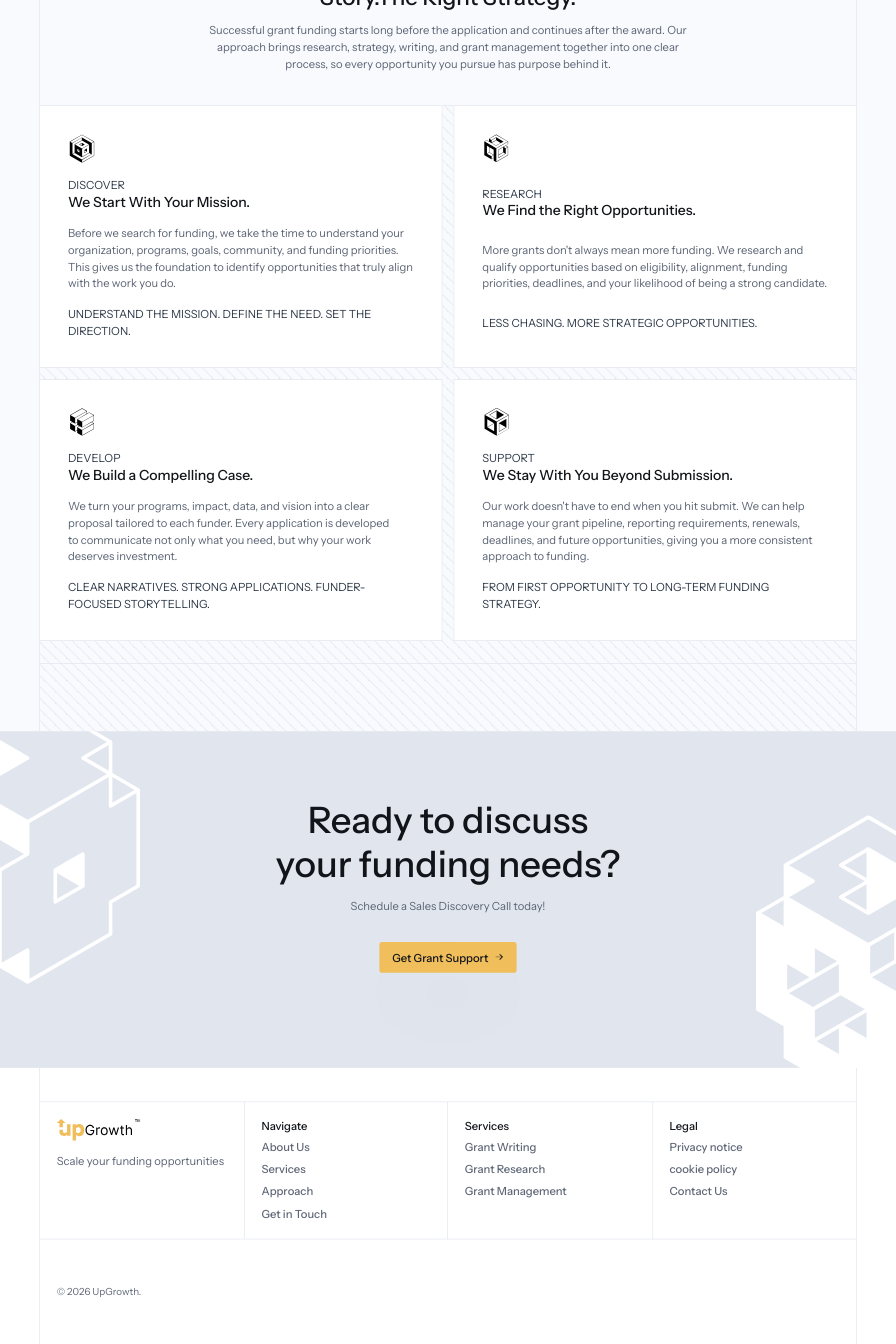
Repository: Ajeyinka/Upgrowth
Page: about.html
The author's editor kept a copy of each file at every save. The page is drawn from the files as they stood at one save, then again after the next save.
The browser window is 1280 px wide. The pictures show the part of the page from y = 3491 to 5411 px (the page is 5411 px tall), at 70% of full size.

Above is the page before, as saved 2026-09-24 19:14:01.

After the next save:
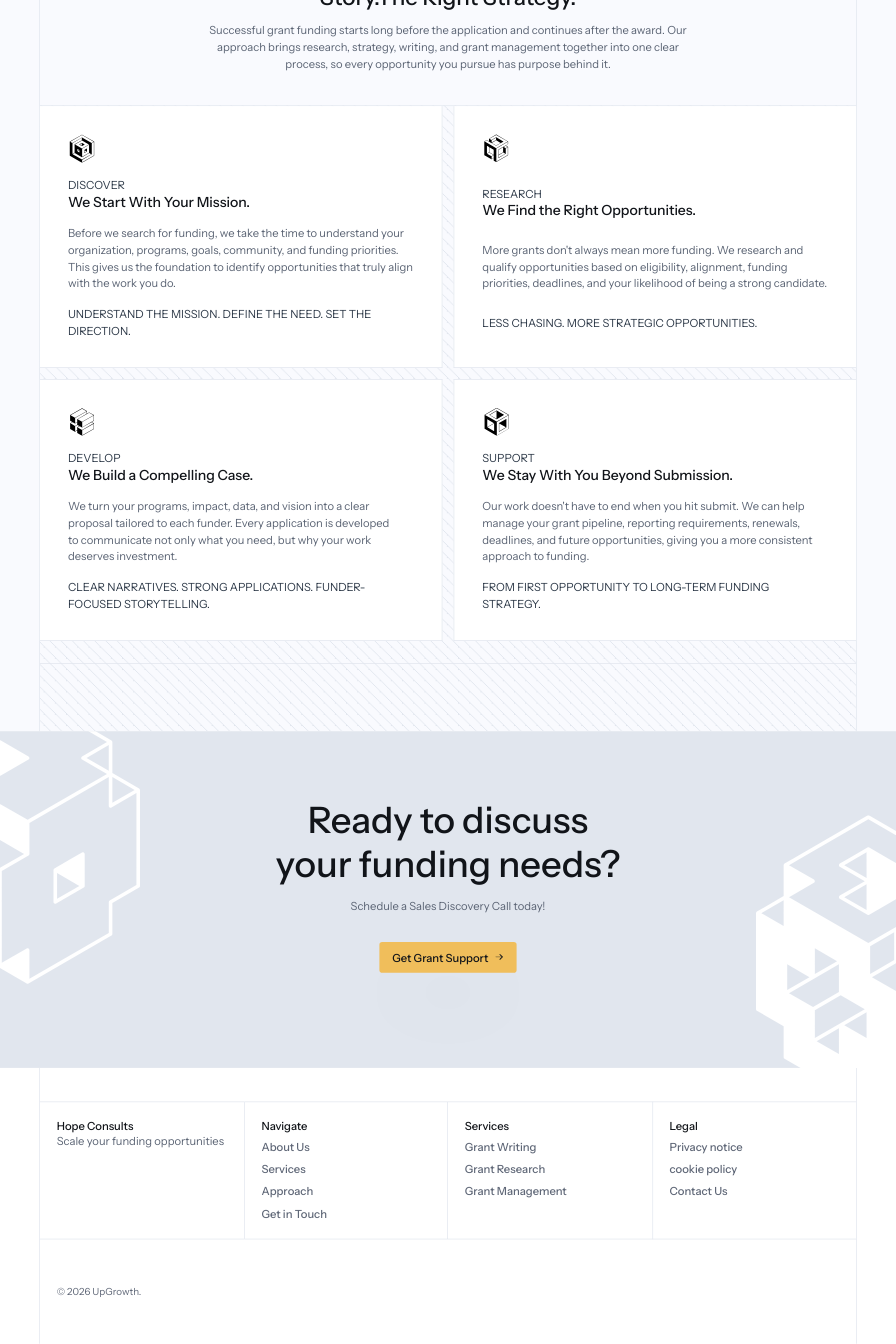
Saved 15 s later.
--- a/about.html
+++ b/about.html
@@ -295,7 +295,7 @@
                <div class="padding_globe">
                     <div class="footer-component">
                       <div class="col">
-                        <img src="images/footerlogo.svg" alt="">
+                        <h4>Hope Consults</h4>
                         <p>Scale your funding opportunities</p>
                       </div>
                       <div class="col">
